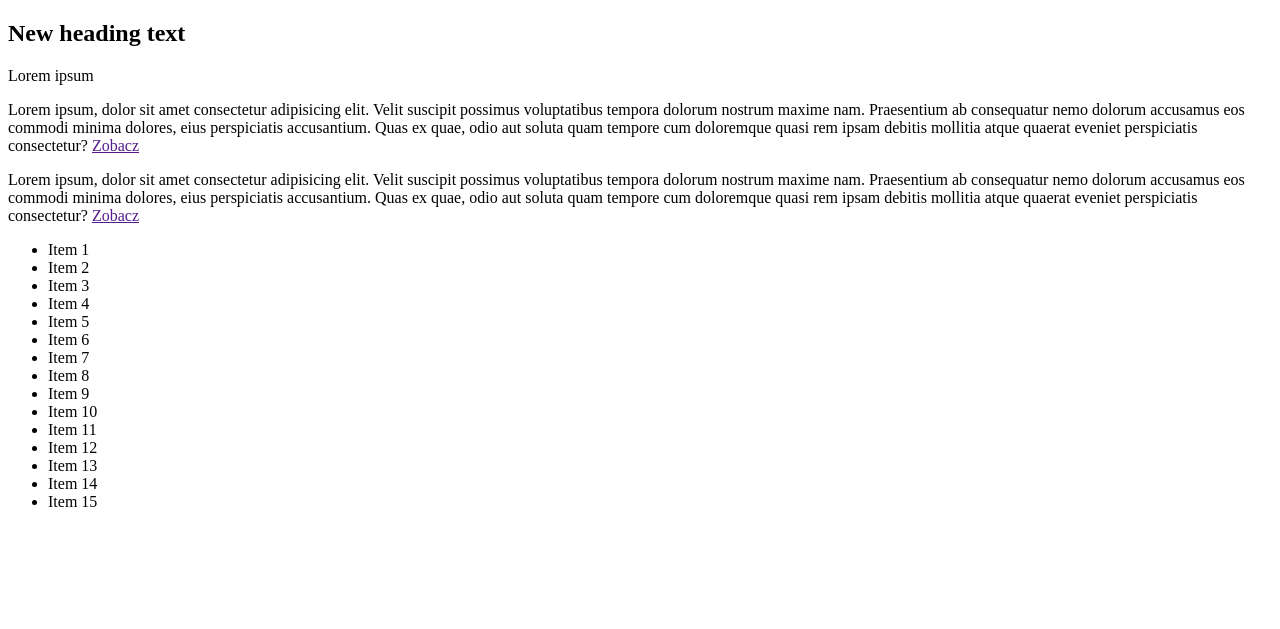
Repository: magdaf41/jQuery
Page: zadanie 3/index.html
These files come from the project's save history. The page is drawn as it stood at one moment and after the next save; the edit follows.
The browser window is 1280 px wide. The pictures show the whole page.

Above is the page before, as saved 2020-09-08 21:57:08.

### zadanie 3/index.html
<!DOCTYPE html>
<html>

<head>
    <meta charset=utf-8 />
    <title>Return first and last name from a form - w3resource</title>
</head>

<body>
    <section id="about">
        <h2>Section Title</h2>
        <p class="content">Lorem ipsum, dolor sit amet consectetur adipisicing
        elit. Velit suscipit possimus voluptatibus tempora dolorum nostrum
        maxime nam. Praesentium ab consequatur nemo dolorum accusamus eos
        commodi minima dolores, eius perspiciatis accusantium. Quas ex quae,
        odio aut soluta quam tempore cum doloremque quasi rem ipsam debitis
        mollitia atque quaerat eveniet perspiciatis consectetur?
        <a href="" title="Read more">Czytaj więcej...</a></p>
        <p class="content">Lorem ipsum, dolor sit amet consectetur adipisicing
        elit. Velit suscipit possimus voluptatibus tempora dolorum nostrum
        maxime nam. Praesentium ab consequatur nemo dolorum accusamus eos
        commodi minima dolores, eius perspiciatis accusantium. Quas ex quae,
        odio aut soluta quam tempore cum doloremque quasi rem ipsam debitis
        mollitia atque quaerat eveniet perspiciatis consectetur?
        <a href="" title="See more">Zobacz</a></p>
        <p class="description">Lorem ipsum, dolor sit amet consectetur adipisicing
        elit. Velit suscipit possimus voluptatibus tempora dolorum nostrum
        maxime nam. Praesentium ab consequatur nemo dolorum accusamus eos
        commodi minima dolores, eius perspiciatis accusantium. Quas ex quae,
        odio aut soluta quam tempore cum doloremque quasi rem ipsam debitis
        mollitia atque quaerat eveniet perspiciatis consectetur?
        <a href="" title="See more">Zobacz</a></p>
        <ul>
             <li class="list-item">Item 1</li>
             <li class="list-item">Item 2</li>
             <li class="list-item">Item 3</li>
             <li class="list-item">Item 4</li>
             <li class="list-item">Item 5</li>
             <li class="list-item">Item 6</li>
             <li class="list-item">Item 7</li>
             <li class="list-item">Item 8</li>
             <li class="list-item">Item 9</li>
             <li class="list-item">Item 10</li>
             <li class="list-item">Item 11</li>
             <li class="list-item">Item 12</li>
             <li class="list-item">Item 13</li>
             <li class="list-item">Item 14</li>
             <li class="list-item">Item 15</li>
        </ul>
   </section>

    <!-- Biblioteka jQuery -->
    <script src="js/jquery-3.5.1.min.js"></script>
    <!--Custom script  -->
    <script src="js/main.js"></script>
</body>

</html>

### zadanie 3/js/main.js
$(document).ready(function () {

    let headingText = $('h2').text();
    console.log(headingText);

    let parContent = $('p').eq(0).text();
    console.log(parContent);

    $('h2').text('New heading text');

    $('p').eq(0).html('Lorem <span>ipsum</span>');
});

Loaded but not shown: zadanie 3/js/jquery-3.5.1.min.js (library)

After the next save:
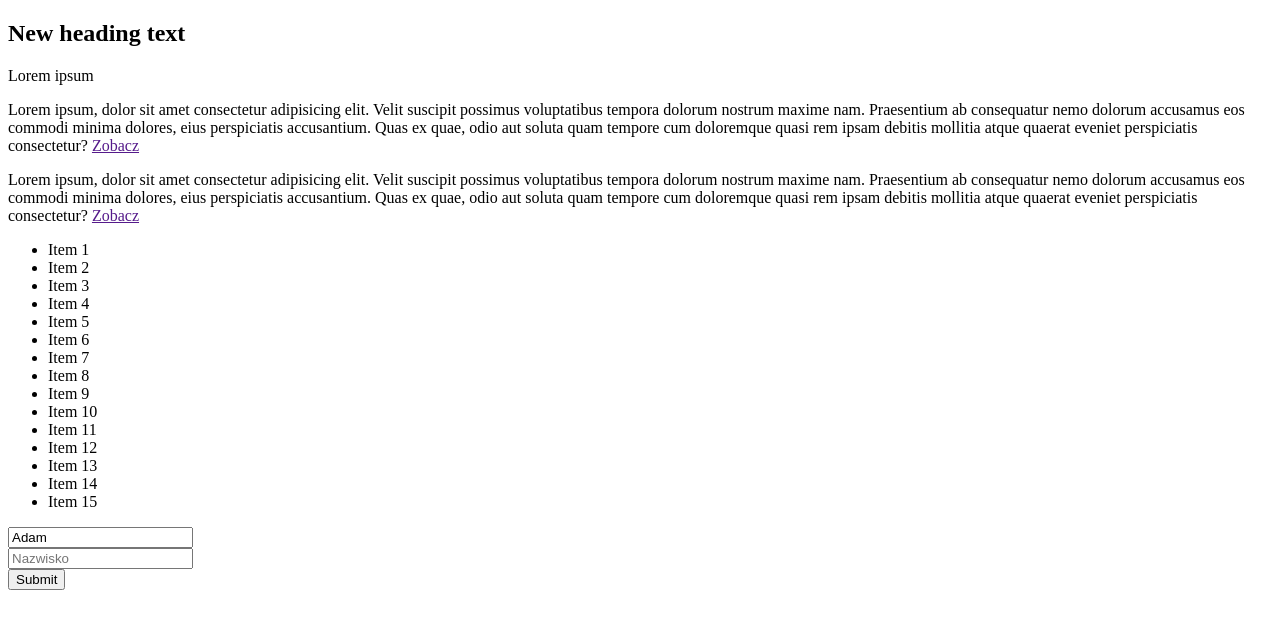
Saved 91 s later.
--- a/zadanie 3/index.html
+++ b/zadanie 3/index.html
@@ -10,44 +10,49 @@
     <section id="about">
         <h2>Section Title</h2>
         <p class="content">Lorem ipsum, dolor sit amet consectetur adipisicing
-        elit. Velit suscipit possimus voluptatibus tempora dolorum nostrum
-        maxime nam. Praesentium ab consequatur nemo dolorum accusamus eos
-        commodi minima dolores, eius perspiciatis accusantium. Quas ex quae,
-        odio aut soluta quam tempore cum doloremque quasi rem ipsam debitis
-        mollitia atque quaerat eveniet perspiciatis consectetur?
-        <a href="" title="Read more">Czytaj więcej...</a></p>
+            elit. Velit suscipit possimus voluptatibus tempora dolorum nostrum
+            maxime nam. Praesentium ab consequatur nemo dolorum accusamus eos
+            commodi minima dolores, eius perspiciatis accusantium. Quas ex quae,
+            odio aut soluta quam tempore cum doloremque quasi rem ipsam debitis
+            mollitia atque quaerat eveniet perspiciatis consectetur?
+            <a href="" title="Read more">Czytaj więcej...</a></p>
         <p class="content">Lorem ipsum, dolor sit amet consectetur adipisicing
-        elit. Velit suscipit possimus voluptatibus tempora dolorum nostrum
-        maxime nam. Praesentium ab consequatur nemo dolorum accusamus eos
-        commodi minima dolores, eius perspiciatis accusantium. Quas ex quae,
-        odio aut soluta quam tempore cum doloremque quasi rem ipsam debitis
-        mollitia atque quaerat eveniet perspiciatis consectetur?
-        <a href="" title="See more">Zobacz</a></p>
+            elit. Velit suscipit possimus voluptatibus tempora dolorum nostrum
+            maxime nam. Praesentium ab consequatur nemo dolorum accusamus eos
+            commodi minima dolores, eius perspiciatis accusantium. Quas ex quae,
+            odio aut soluta quam tempore cum doloremque quasi rem ipsam debitis
+            mollitia atque quaerat eveniet perspiciatis consectetur?
+            <a href="" title="See more">Zobacz</a></p>
         <p class="description">Lorem ipsum, dolor sit amet consectetur adipisicing
-        elit. Velit suscipit possimus voluptatibus tempora dolorum nostrum
-        maxime nam. Praesentium ab consequatur nemo dolorum accusamus eos
-        commodi minima dolores, eius perspiciatis accusantium. Quas ex quae,
-        odio aut soluta quam tempore cum doloremque quasi rem ipsam debitis
-        mollitia atque quaerat eveniet perspiciatis consectetur?
-        <a href="" title="See more">Zobacz</a></p>
+            elit. Velit suscipit possimus voluptatibus tempora dolorum nostrum
+            maxime nam. Praesentium ab consequatur nemo dolorum accusamus eos
+            commodi minima dolores, eius perspiciatis accusantium. Quas ex quae,
+            odio aut soluta quam tempore cum doloremque quasi rem ipsam debitis
+            mollitia atque quaerat eveniet perspiciatis consectetur?
+            <a href="" title="See more">Zobacz</a></p>
         <ul>
-             <li class="list-item">Item 1</li>
-             <li class="list-item">Item 2</li>
-             <li class="list-item">Item 3</li>
-             <li class="list-item">Item 4</li>
-             <li class="list-item">Item 5</li>
-             <li class="list-item">Item 6</li>
-             <li class="list-item">Item 7</li>
-             <li class="list-item">Item 8</li>
-             <li class="list-item">Item 9</li>
-             <li class="list-item">Item 10</li>
-             <li class="list-item">Item 11</li>
-             <li class="list-item">Item 12</li>
-             <li class="list-item">Item 13</li>
-             <li class="list-item">Item 14</li>
-             <li class="list-item">Item 15</li>
+            <li class="list-item">Item 1</li>
+            <li class="list-item">Item 2</li>
+            <li class="list-item">Item 3</li>
+            <li class="list-item">Item 4</li>
+            <li class="list-item">Item 5</li>
+            <li class="list-item">Item 6</li>
+            <li class="list-item">Item 7</li>
+            <li class="list-item">Item 8</li>
+            <li class="list-item">Item 9</li>
+            <li class="list-item">Item 10</li>
+            <li class="list-item">Item 11</li>
+            <li class="list-item">Item 12</li>
+            <li class="list-item">Item 13</li>
+            <li class="list-item">Item 14</li>
+            <li class="list-item">Item 15</li>
         </ul>
-   </section>
+        <form id="contact-form">
+            <input type="text" placeholder="Imię" value="Adam" id="name"><br>
+            <input type="text" placeholder="Nazwisko" id="sname"><br>
+            <input type="submit">
+        </form>
+    </section>
 
     <!-- Biblioteka jQuery -->
     <script src="js/jquery-3.5.1.min.js"></script>
